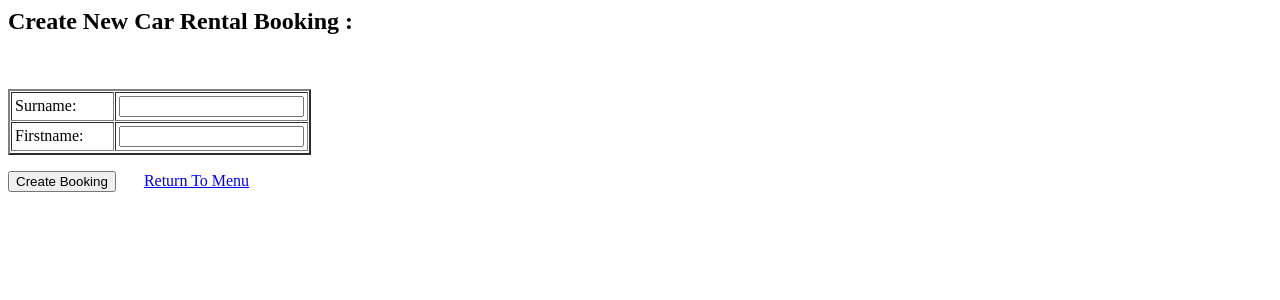
Repository: abigailCul/DistributedSystemsProject
Page: WorkingProject/RestfulWebService/src/main/webapp/create.html
An editor plug-in stored every save of this project. The page is shown before and after the next save, followed by the edit.
The browser window is 1280 px wide. The pictures show the whole page.

Above is the page before, as saved 2018-12-10 17:44:32.

### WorkingProject/RestfulWebService/src/main/webapp/create.html
<html>

<head>
<title>Create New Car Rental Booking</title>
</head>

<body>

<h2>Create New Car Rental Booking :</h2>
<p>&nbsp;</p>
<form method="POST" action="webapi/createbooking/create">
  <p>
  <table border="2" cellspacing="1" width="303" cellpadding="3">
    <tr>
      <td width="129">Surname: </td>
      <td width="152"><input type="text" name="acc_no" size="20" required tabindex="1"></td>
    </tr>
    <tr>
      <td width="129">Firstname:</td>
      <td width="152"><input type="text" name="fname" size="20" required tabindex="2"></td>
    </tr>
    <tr>

  </table>
  <p>
  <input type="submit" value="Create Booking">&nbsp;&nbsp;&nbsp;&nbsp;&nbsp;&nbsp;
  <a href="index.htm">Return To Menu</a>
  </p>
</form>
<p>&nbsp;</p>
<p>&nbsp;</p>

</body>

</html>

After the next save:
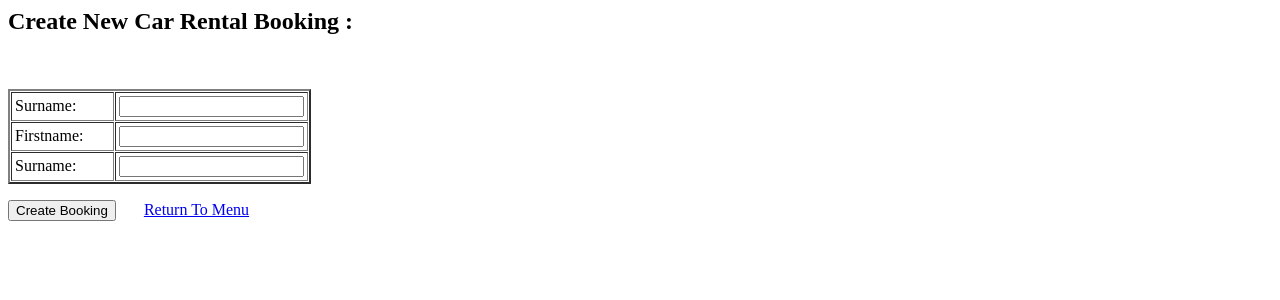
Saved 31 s later.
--- a/WorkingProject/RestfulWebService/src/main/webapp/create.html
+++ b/WorkingProject/RestfulWebService/src/main/webapp/create.html
@@ -20,6 +20,9 @@
       <td width="152"><input type="text" name="fname" size="20" required tabindex="2"></td>
     </tr>
     <tr>
+     <td width="129">Surname:</td>
+      <td width="152"><input type="text" name="surname" size="20" required tabindex="2"></td>
+    </tr>
 
   </table>
   <p>
